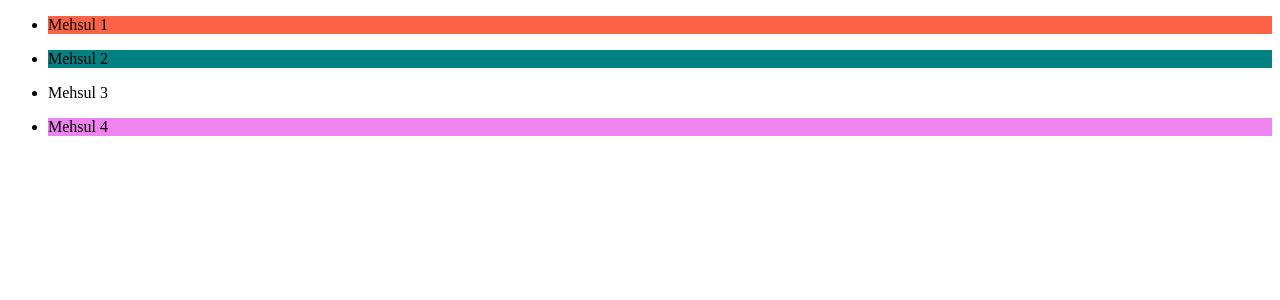
Repository: AytacSafarova/task-111
Page: index.html
An editor plug-in stored every save of this project. The page is shown before and after a run of saves, followed by the edit.
The browser window is 1280 px wide. The pictures show the whole page.

Above is the page before, as saved 2023-09-16 18:16:15.

### index.html
<!DOCTYPE html>
<html lang="en">
  <head>
    <meta charset="UTF-8" />
    <meta name="viewport" content="width=device-width, initial-scale=1.0" />
    <title>Document</title>
    <link rel="stylesheet" href="index.css" />
  </head>
  <body>

<ul>
    <li >
        <p>Mehsul 1</p>
    </li>

    <li>
        <p>Mehsul 2</p>
    </li>

    <li>
        <p>Mehsul 3</p>
    </li>
    <li>
        <p>Mehsul 4</p>
    </li>
</ul>


  </body>
</html>

### index.css
@import url('https://fonts.googleapis.com/css2?family=Epilogue&display=swap');

li:first-child{
    background-color: tomato;
}
li:last-child{
    background-color: violet;
}
li:nth-child(2){
    background-color: teal;
}

After the next 3 saves:
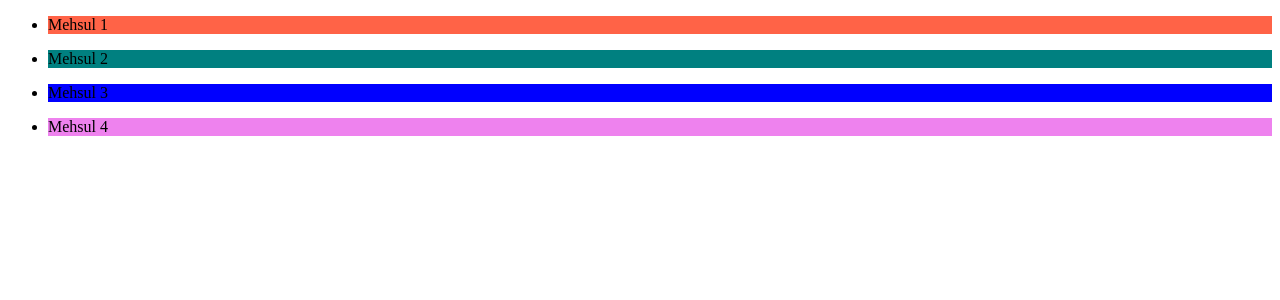
The 3 saves are shown as one change because they came seconds apart.
The last was saved 15 s later.
--- a/index.css
+++ b/index.css
@@ -9,3 +9,6 @@ li:last-child{
 li:nth-child(2){
     background-color: teal;
 }
+li:nth-child(3){
+    background-color: blue;
+}
